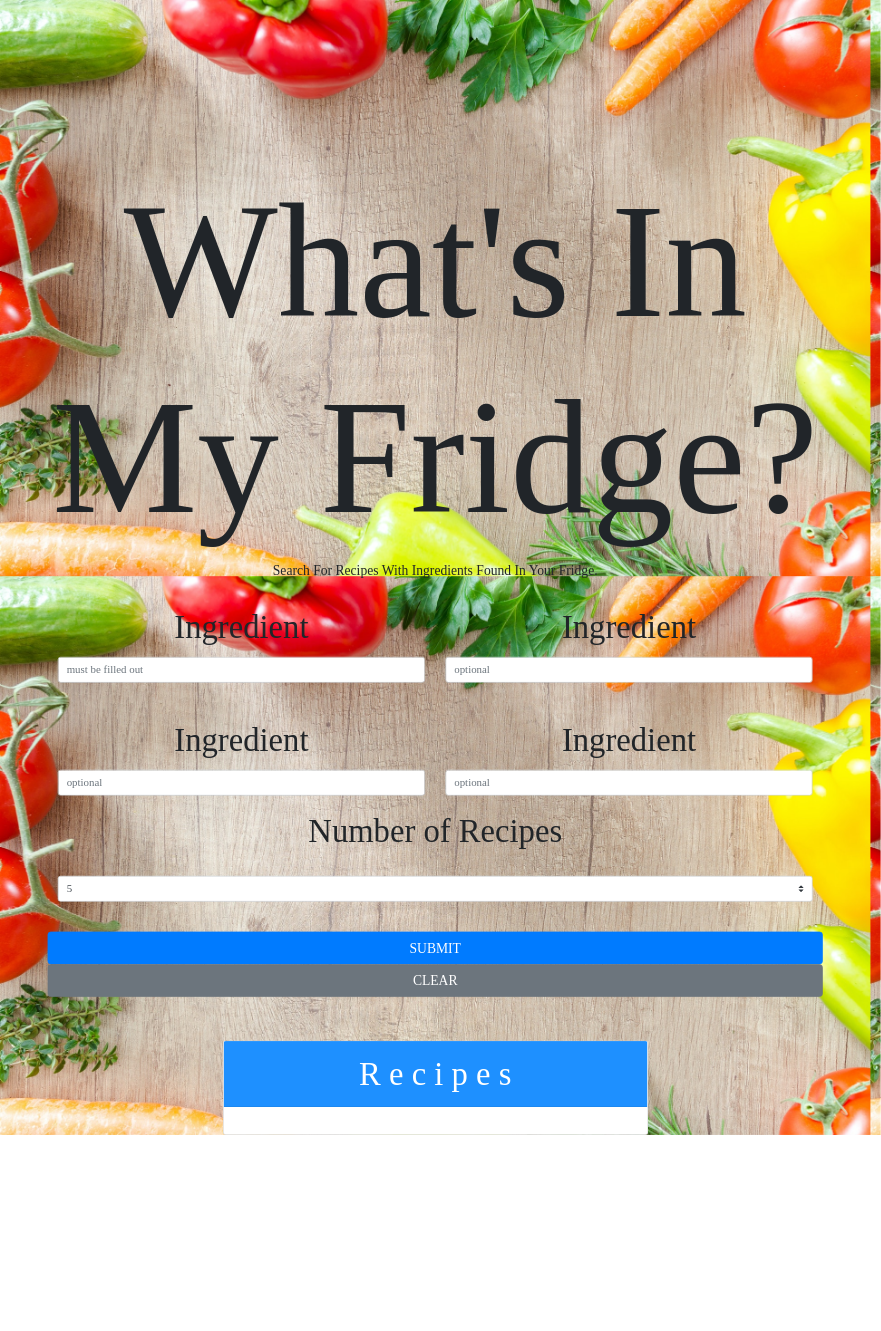
Repository: ogipajic/Recipe_API
Page: index.html
These files come from the project's save history. The page is drawn as it stood at one moment and after the next save; the edit follows.
The browser window is 1280 px wide. The page is 1295 px wide, so the pictures cover 1295 px, including what lies to the right of the window. The pictures show the whole page, at 68% of full size.
Backgrounds fixed to the window are drawn as part of the page. Some web fonts or font styles are not loaded; a fallback is used.

Above is the page before, as saved 2020-07-13 13:29:38.
Console error: SyntaxError: Unexpected end of input

### index.html
<!DOCTYPE html>
<html lang="en">
<head>
    <meta charset="UTF-8">
    <meta name="viewport" content="width=device-width, initial-scale=1.0">
    <script
  src="https://code.jquery.com/jquery-3.5.1.min.js"
  integrity="sha256-9/aliU8dGd2tb6OSsuzixeV4y/faTqgFtohetphbbj0="
  crossorigin="anonymous"></script>

  <link rel="stylesheet" href="https://stackpath.bootstrapcdn.com/bootstrap/4.5.0/css/bootstrap.min.css" integrity="sha384-9aIt2nRpC12Uk9gS9baDl411NQApFmC26EwAOH8WgZl5MYYxFfc+NcPb1dKGj7Sk" crossorigin="anonymous">
  <link rel="stylesheet" href="stylesheet.css">
  <link href="https://fonts.googleapis.com/css2?family=Annie+Use+Your+Telescope&family=Lemon&display=swap" rel="stylesheet">

  <title>What's In My Fridge?</title>

  <!-- Fixes issue of text extending past card length-->

  <style>
      .card-body a {
          word-break: break-all;
      }

      .recipeHeadLine {
          line-height: 1.5;
      }
  </style>
</head>
<body>
    <div class="header">

      <h1 class="display-4">What's In My Fridge?</h1>
      <p class="lead">Search For Recipes With Ingredients Found In Your Fridge.</p>
            </div>
          </div>
     <div class="container">
     <form>
          <div class="row">
              <div class="col-sm-6">
        <div class="form-group">
          <label for="exampleFormControlInput1">Ingredient</label>
          <input type="text" class="form-control" id="exampleFormControlInput1" placeholder="must be filled out">
        </div>
              </div>
              <div class="col-sm-6">
        <div class="form-group">
            <label for="exampleFormControlInput1">Ingredient</label>
            <input type="text" class="form-control" id="exampleFormControlInput1" placeholder="optional">
          </div>
          </div>
        </div>
        <div class="row">
            <div class="col-sm-6">
          <div class="form-group">
            <label for="exampleFormControlInput1">Ingredient</label>
            <input type="text" class="form-control" id="exampleFormControlInput1" placeholder="optional">
          </div>
        </div>
        <div class="col-sm-6">
          <div class="form-group">
            <label for="exampleFormControlInput1">Ingredient</label>
            <input type="text" class="form-control" id="exampleFormControlInput1" placeholder="optional">
          </div>
          </div>
          </div>
        </div>
      </div>
      </form>


    <div class="container">
        <div class="form-group">
            <label for="pwd">Number of Recipes</label>
            <select id="recipe-count" class="custom-select" aria-labelledby="dropdownMenuButton">
              <option selected value="1">1</option>
              <!-- Setting the option for 5 as default -->
              <option value="5" selected>5</option>
              <option value="10">10</option>
            </select>
          </div>

        <div class="row">
            <!--Using type="submit" allows the user to hit enter as well as click submit-->

            <button type="submit" id="getRecipe" class="btn btn-primary btn-lg btn-block">SUBMIT</button>
            <p id="results"></p>
            <button type="button" id="clearBtn" class="btn btn-secondary btn-lg btn-block">CLEAR</button>
            </div>
        </div>
    </div>

  <div class="row">
    <div class="col-6 recipes-placeholder">
      <section class="row">
        <div class="col-md-12">

          <div class="card">
            <div class="card-header">
              <i class="fa fa-table"></i>R  e  c  i  p  e  s
            </div>

            <article class="card-body" id="recipe-section">
            </article>
          </div>
        </div>
      </section>
    </div>

 <script src="script.js"></script>
 <script src="ncscript.js"></script>
 <script src="https://ajax.googleapis.com/ajax/libs/jquery/3.4.1/jquery.min.js"></script>
 <script src="https://code.jquery.com/jquery-3.5.1.slim.min.js" integrity="sha384-DfXdz2htPH0lsSSs5nCTpuj/zy4C+OGpamoFVy38MVBnE+IbbVYUew+OrCXaRkfj" crossorigin="anonymous"></script>
 <script src="https://cdn.jsdelivr.net/npm/popper.js@1.16.0/dist/umd/popper.min.js" integrity="sha384-Q6E9RHvbIyZFJoft+2mJbHaEWldlvI9IOYy5n3zV9zzTtmI3UksdQRVvoxMfooAo" crossorigin="anonymous"></script>
 <script src="https://stackpath.bootstrapcdn.com/bootstrap/4.5.0/js/bootstrap.min.js" integrity="sha384-OgVRvuATP1z7JjHLkuOU7Xw704+h835Lr+6QL9UvYjZE3Ipu6Tp75j7Bh/kR0JKI" crossorigin="anonymous"></script>
</body>
</html>

### stylesheet.css
/* Body font style and font size */
body {
    font-size: 3rem;
    font-family: 'Annie Use Your Telescope', cursive;
    background-image: url(Assets/carrots-food-fresh-freshness-616404.jpg);
    background-position: center center;
    background-repeat: no-repeat;
    background-attachment: fixed;
    background-size: cover;
}

/* Font and image within jumbotron */
.header {
    text-align: center;
    margin-top: 15rem;
}

.display-4 {
    font-size: 15rem;
}
/* Search Results Text */
.panel-heading {
    margin-top: 2rem;
    text-align: center;
}

/* Results Area -XXXX */
.panel-body {
    text-align: center;
}

.panel-title {
    font-size: 45px;
}

.row {
    margin-top: 2rem;
    display: flex;
    justify-content: center;
}

.card-header {
    background-color: dodgerblue;
    color: white;
}

.card-header {
    text-align: center;
}

.container {
    text-align: center;
}

  @media screen and (max-width: 768px) {
    .container {
      width:100%;
      margin:0;
      border-radius:0;

    }
  }

### ncscript.js
$(document).ready(function() {
	console.log("Lets Eat!");
});

var title = "";
var summaryObj = {};
var extendedIngredients = "";
var instructions = "";
var sourceURL = "";
var image = "";

function updatePage(recipeObj) {

	clear()

var numRecipes = "";

for (var i=0; i < numRecipes; i++) {
	title = recipeObj.items.result[i].title;
	//summary = recipeObj.items.result[i].summary;
	extendedIngredients = recipeObj.items.result[i].extendedIngredients;
	instructions = recipeObj.items.result[i].instructions;
	sourceURL = recipeObj.items.result[i].sourceURL;
	image = recipeObj.items.result[i].label

	var displayObj = [];

	displayObj[i] = {
		'title': title,
		'extendedIngredients': extendedIngredients,
		'instructions': instructions,
		'url': '',
		'image': image,
	}
	summaryObj.push = displayObj[i];

	var $recipeList = $("<ul>");
	$recipeList.addClass("list-group");

	$("#recipeSection").append($recipeList);

	var $recipeListItem = $("<li class='list-group-item recipeHeadline'>");

	if (title) {
		$recipeListItem.append(
			"<span class='label label-primary'>" +
			"</span>" + title
		);
	}

	if (summaryObj) {
		$recipeListItem.append("<h5>Summary: " + summaryObj + "</h5>");
	}

	$recipeList.append($recipeListItem);
}

	function clear() {
	var title = "";
	var summaryObj = {};
	var extendedIngredients = "";
	var instructions = "";
	var sourceURL = "";
	var image = "";
	$("#recipeSection").empty();
}

function init() {
	renderRecipes();

	$("#getRecipe").click(function(event) {
		event.preventDefault();
		console.log("Search For Food!");

		var title = $("#search-Btn").val().trim();

		if (title === "") {
			return;
		}

		var settings = {
			"async": true,
			"crossDomain": true,
			"url": "https://spoonacular-recipe-food-nutrition-v1.p.rapidapi.com/recipes/random?number=",
			"method": "GET",
			"headers": {
				"x-rapidapi-host": "spoonacular-recipe-food-nutrition-v1.p.rapidapi.com",
				"x-rapidapi-key": "ac032b7765msh7b7ea8d251892bbp18630ejsnfccfef5696ae"
			}
		}

		$.ajax(settings).done(function (response) {
			console.log(response);
	});

Loaded but not shown: script.js (no stored copy; drawn as an empty file)

After the next save:
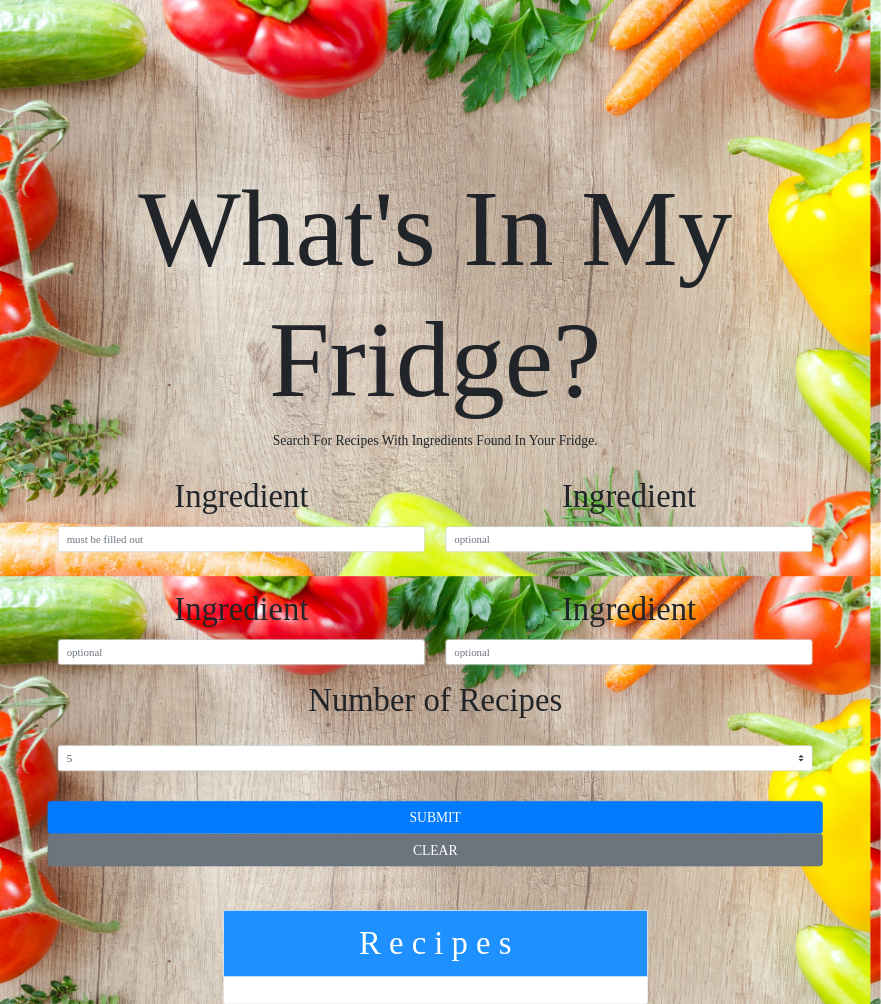
Saved 7 s later.
--- a/stylesheet.css
+++ b/stylesheet.css
@@ -16,7 +16,7 @@ body {
 }
 
 .display-4 {
-    font-size: 15rem;
+    font-size: 10rem;
 }
 /* Search Results Text */
 .panel-heading {
